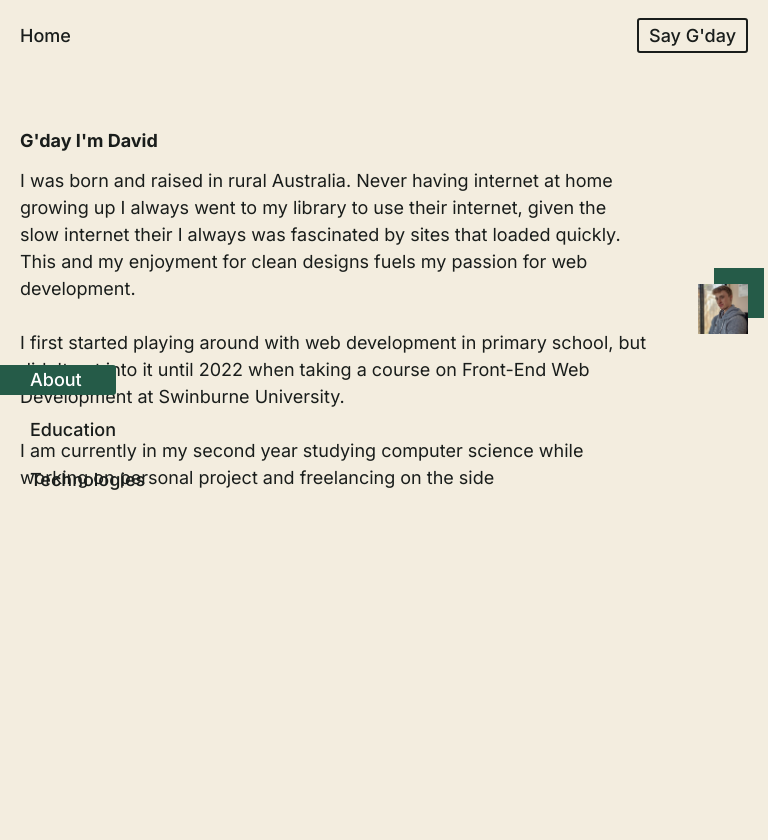
Repository: David-Waite/David-Waite-Portfolio
Page: /about
The author's editor kept a copy of each file at every save. The page is drawn from the files as they stood at one save, then again after the next save.
The browser window is 768 px wide. The pictures show the whole page.
The project was rebuilt for these pictures with package versions that can differ from the ones it lists, and the page was loaded fresh each time. The framework's server and built-in components were replaced by stand-ins that run in the browser. Also part of the build but not shown: next.config.js.

Above is the page before, as saved 2023-07-27 12:30:32.

### app/layout.tsx
import "./globals.css";
import type { Metadata } from "next";
import { Inter } from "next/font/google";
import Link from "next/link";
import NavBar from "./components/Nav/NavBar/NavBar";

const inter = Inter({ subsets: ["latin"] });

export const metadata: Metadata = {
  title: "Create Next App",
  description: "Generated by create next app",
};

export default function RootLayout({
  children,
}: {
  children: React.ReactNode;
}) {
  return (
    <html lang="en">
      <body className={inter.className}>
        <NavBar />
        {children}
      </body>
    </html>
  );
}

### app/about/page.tsx
"use client";

import Image from "next/image";
import styles from "./page.module.css";
import Menu from "../components/About/Menu/Menu";
import { useState } from "react";

export default function About() {
  const [selected, setSelected] = useState({
    about: true,
    education: false,
    technologies: false,
  });

  function handleClick(select: string) {
    setSelected(() => {
      return {
        about: select === "about" ? true : false,
        education: select === "education" ? true : false,
        technologies: select === "technologies" ? true : false,
      };
    });
  }

  const AboutText = (
    <>
      <h1>G&apos;day I&apos;m David</h1>
      <p className={styles.description}>
        I was born and raised in rural Australia. Never having internet at home
        growing up I always went to my library to use their internet, given the
        slow internet their I always was fascinated by sites that loaded
        quickly. This and my enjoyment for clean designs fuels my passion for
        web development.
        <br />
        <br /> I first started playing around with web development in primary
        school, but didn&apos;t get into it until 2022 when taking a course on
        Front-End Web Development at Swinburne University.
        <br />
        <br /> I am currently in my second year studying computer science while
        working on personal project and freelancing on the side
      </p>
    </>
  );

  const EducationText = (
    <>
      <h1>My Education</h1>
      <ul className={`${styles.description} ${styles.descriptionList} `}>
        <li>
          CT50220 Dimploma of Information Technology (Front End Web Development)
          | 2022
        </li>
        <li>BA-CS Bachelor of Computer Science | 2023 - current</li>
        <li>Front end developer career path (72hrs) | Scrimba (online)</li>
        <li>
          React Native - The Practical Guide 2022 (26hrs) | Udemy (online)
        </li>
        <li>
          C# Basics for Beginners: Learn C# Fundamentals by Coding (6hrs) |
          Udemy (online)
        </li>
        <li>
          C# Intermediate: Classes, Interfaces and OOP (6hrs) | Udemy (online)
        </li>
      </ul>
    </>
  );
  const TechnologiesText = (
    <>
      <h1>What I&apos;m confortable with</h1>
      <ul className={`${styles.description} ${styles.descriptionList} `}>
        <li>HTML</li>
        <li>CSS</li>
        <li>Next.Js</li>
        <li>Contentful</li>
        <li>React.Js</li>
        <li>JavaScript</li>
        <li>C#</li>
      </ul>
    </>
  );

  let textContent;

  if (selected.about) {
    textContent = AboutText;
  }
  if (selected.technologies) {
    textContent = TechnologiesText;
  }
  if (selected.education) {
    textContent = EducationText;
  }
  return (
    <main className={styles.container}>
      <Menu selected={selected} onClick={handleClick} />
      <div className={styles.content}>
        <div className={styles.textContainer}>
          <div className={styles.paragraphContainer}>{textContent}</div>
        </div>

        <div className={styles.imageContainer}>
          <Image src="/aboutMe.jpg" fill={true} alt="David" />
        </div>
      </div>
      {/* <div className={`${styles.desktopLink} ${styles.links}`}>
        <a href="https://github.com/David-Waite" target="_blank">
          GitHub
        </a>
        <a href="www.linkedin.com/in/davidwaitedev" target="_blank">
          LinkedIn
        </a>
        <a href="https://www.instagram.com/david__waite/" target="_blank">
          Instagram
        </a>
      </div> */}
    </main>
  );
}

### app/contact/send/route.ts
import mail from "@sendgrid/mail";
import { NextResponse } from "next/server";

// Create an api key in sendgrid and store someplace safe
mail.setApiKey(process.env.SENDGRID_API_KEY || "");

type ResponseData = {
  status?: string;
  message?: string;
};

export async function POST(request: Request) {
  let response: ResponseData = {};
  const body = await request.json();
  // I know the formData I sent in my request has name, email, and message fields so I'm just manually grabbing them to format a message
  const message = `
    Name: ${body.name}\r\n
    Email: ${body.email}\r\n
    Message: ${body.message}

  `;
  const data = {
    to: "davidwaite122@gmail.com",
    from: "davidwaiteportfolio@zohomail.com.au",
    subject: "Contact Message via Sendgrid",
    text: message,
    html: message.replace(/\r\n/g, "<br>"),
  };

  // Send the data and create a response object. I'm using status and message to display a success or fail notification in the UI
  await mail
    .send(data)
    .then(() => {
      response = {
        status: "success",
        message: "Your message was sent. I'll be in contact shortly.",
      };
    })
    .catch((error) => {
      response = {
        status: "error",
        message: `Message failed to send with error, ${error}`,
      };
    });

  return NextResponse.json(response);
}

### app/globals.css
:root {
  --primary: #255b48;
  --black: #191d1b;
  --background: #f3eddf;
  --white: #ffffff;
  --grey: #606060;
  --error: #a83c23;
}

.paragraph {
  font-size: 18px;
  font-style: normal;
  font-weight: 400;
  line-height: 25.2px;
  color: var(--black);
}

body {
  background-color: var(--background);
}

* {
  padding: 0;
  margin: 0;
  box-sizing: border-box;
}

### app/components/Nav/NavBar/NavBar.tsx
"use client";
import NavButton from "../NavButton/NavButton";
import styles from "./navBar.module.css";
import { usePathname } from "next/navigation";

import Link from "next/link";

export default function NavBar() {
  const currentRoute = usePathname();

  return (
    <nav className={styles.container}>
      <Link
        className={styles.link}
        href={`./${currentRoute === "/" ? "about" : "/"}`}
      >
        {currentRoute === "/" ? "About" : "Home"}
      </Link>

      {currentRoute !== "/contact" && <NavButton />}
    </nav>
  );
}

### app/about/page.module.css
.container {
  display: flex;
  height: calc(100vh - 70px);
  width: 100%;
  align-items: center;
  justify-content: center;
}

.content {
  position: relative;
  display: flex;
  align-items: center;
  gap: 200px;
}
.imageContainer {
  position: relative;
  width: 440px;
  height: 440px;
  box-shadow: var(--primary) 16px -16px 0px 0px;
}

.descriptionList {
  margin-left: 32px;
  margin-right: -32px;
}
.content h1 {
  color: var(--black);
  font-size: 18px;
  font-weight: 700;
  margin-bottom: 16px;
}
.description {
  color: var(--black);
  font-size: 18px;
  font-weight: 400;

  width: 740px;
  height: 300px;
  line-height: 27px;
}

.links {
  margin-top: 24px;
  position: absolute;
  left: -56px;
  padding: 0 56px;
  background-color: var(--primary);
  display: flex;
  align-items: center;
  flex-direction: column;
}
.mobileLink {
  display: none;
}
.links a {
  cursor: pointer !important;
  color: var(--white);
  text-decoration: none;
  font-size: 18px;
  margin: 8px 0;
}

.container hr {
  width: 100%;
  display: none;
}
.links a:hover {
  color: var(--grey);
}

.mobileMenu {
  display: none;
}

@media (max-width: 2000px) {
  .content {
    gap: 100px;
  }
}
@media (max-width: 1850px) {
  .imageContainer {
    width: 350px;
    height: 350px;
  }
}

@media (max-width: 1750px) {
  .imageContainer {
    width: 350px;
    height: 350px;
    margin-right: -50px;
  }
}

@media (max-width: 1650px) {
  .description {
    width: 700px;
    height: 300px;
  }
}

@media (max-width: 1550px) {
  .imageContainer {
    margin-right: -100px;
    width: 300px;
    height: 300px;
  }
}

@media (max-width: 1450px) {
  .imageContainer {
    margin-right: -150px;
    width: 300px;
    height: 300px;
  }
}

@media (max-width: 1350px) {
  .content {
    gap: 50px;
  }
}
@media (max-width: 1250px) {
  .description {
    width: 625px;
  }
}

@media (max-width: 1200px) {
  .container {
    padding: 20px;
    margin-top: 40px;
    display: block;
  }

  .description {
    margin-right: 16px;
    width: 100%;
    max-width: 761px;
  }
  .descriptionList {
    margin-left: 16px;
    margin-right: 0px;
  }
  .content {
    justify-content: space-between;
  }
  .imageContainer {
    min-width: 300px;
    margin-right: 0px;

    margin-top: 20px;
  }
  .links {
    position: static;
    width: 200px;
    margin-left: auto;
  }
}

@media (max-width: 1140px) {
  .links {
    position: static;
    width: 200px;
    margin-top: 64px;
    margin-left: auto;
  }
}

@media (max-width: 1000px) {
  .imageContainer {
    width: 50px;
    height: 50px;
    min-width: 50px;
  }
}
@media (max-width: 425px) {
  .links a,
  .content h1,
  .description {
    font-size: 16px;
  }
}

### app/components/About/Menu/Menu.tsx
"use client";
import { CSSProperties, useState } from "react";
import styles from "./menu.module.css";
export default function Menu(props: { onClick: any; selected: any }) {
  function handleClick(select: string) {
    props.onClick(select);
  }

  const selectedBackground: any = {
    left: "0px",
  };
  const selectedP: any = {
    color: "white",
  };
  return (
    <div className={styles.menu} id="menu">
      <div
        className={`${styles.linkContainer} ${styles.about}`}
        onClick={() => handleClick("about")}
      >
        <div
          className={styles.aboutBackground}
          style={Object.assign(props.selected.about && selectedBackground)}
        ></div>
        <p style={Object.assign(props.selected.about && selectedP)}>About</p>
      </div>
      <br />
      <div
        className={`${styles.linkContainer} ${styles.education}`}
        onClick={() => handleClick("education")}
      >
        <div
          className={styles.educationBackground}
          style={Object.assign(props.selected.education && selectedBackground)}
        ></div>
        <p style={Object.assign(props.selected.education && selectedP)}>
          Education
        </p>
      </div>
      <br />
      <div
        className={`${styles.linkContainer} ${styles.technologies}`}
        onClick={() => handleClick("technologies")}
      >
        <div
          className={styles.technologiesBackground}
          style={Object.assign(
            props.selected.technologies && selectedBackground
          )}
        ></div>
        <p style={Object.assign(props.selected.technologies && selectedP)}>
          Technologies
        </p>
      </div>
    </div>
  );
}

### app/components/Nav/NavButton/NavButton.tsx
import styles from "./navButton.module.css";

import Link from "next/link";

export default function NavButton() {
  return (
    <Link className={styles.container} href={"./contact"}>
      Say G&apos;day
    </Link>
  );
}

### app/components/Nav/NavBar/navBar.module.css
.container {
  display: flex;
  align-items: center;
  justify-content: space-between;
  height: 70px;
  padding: 0 30px;
}

.link {
  color: var(--black);
  text-decoration: none;
  font-size: 18px;
  font-weight: 500;
  cursor: pointer !important;
}

.link:hover {
  color: var(--grey);
}

@media (max-width: 768px) {
  .container {
    padding: 0 20px;
  }
}
@media (max-width: 425px) {
  .link {
    font-size: 16px;
  }
}

### app/components/About/Menu/menu.module.css
.menu {
  position: absolute;
  left: 0;
  font-size: 18px;
  font-weight: 500;
}

.menu div {
  display: flex;
  align-items: center;
}

.linkContainer {
  position: relative;
}
.linkContainer p {
  position: relative;
  cursor: pointer !important;
  color: var(--black);
}

.aboutBackground,
.educationBackground,
.technologiesBackground {
  position: absolute;
  background-color: var(--primary);
  left: 0;
  height: 30px;
  border-radius: 0 3px 3px 0;
  transition: 0.3s ease-in;
}
.about {
  width: 116px;
}
.aboutBackground {
  width: 116px;
  left: -116px;
}
.about:hover .aboutBackground {
  left: 0;
}

.education {
  width: 148px;
}
.educationBackground {
  width: 148px;
  left: -148px;
}
.education:hover .educationBackground {
  left: 0;
}

.technologies {
  width: 175px;
}
.technologiesBackground {
  width: 175px;
  left: -175px;
}
.technologies:hover .technologiesBackground {
  left: 0;
}

.menu p {
  top: 0;
  padding: 4px 30px;

  transition: 0.3s;
}

.selected {
  border-radius: 0 3px 3px 0;
  color: var(--white);
  background: rgb(37, 91, 72);
}

.linkContainer p:hover {
  position: relative;
  color: var(--white);
}

@media (max-width: 1200px) {
  .menu {
    top: calc((100vh - 70px) / 2);
    z-index: 4;
  }
}

### app/components/Nav/NavButton/navButton.module.css
.container {
  border: 2px solid var(--black);
  color: var(--black);
  font-weight: 500;
  border-radius: 3px;
  font-size: 18px;
  padding: 5px 10px;
  transition: 0.3s;
  text-decoration: none;
  cursor: pointer !important;
}

.container:hover {
  background-color: var(--primary);
  color: var(--white);
}

@media (max-width: 425px) {
  .container {
    font-size: 16px;
  }
}

After the next save:
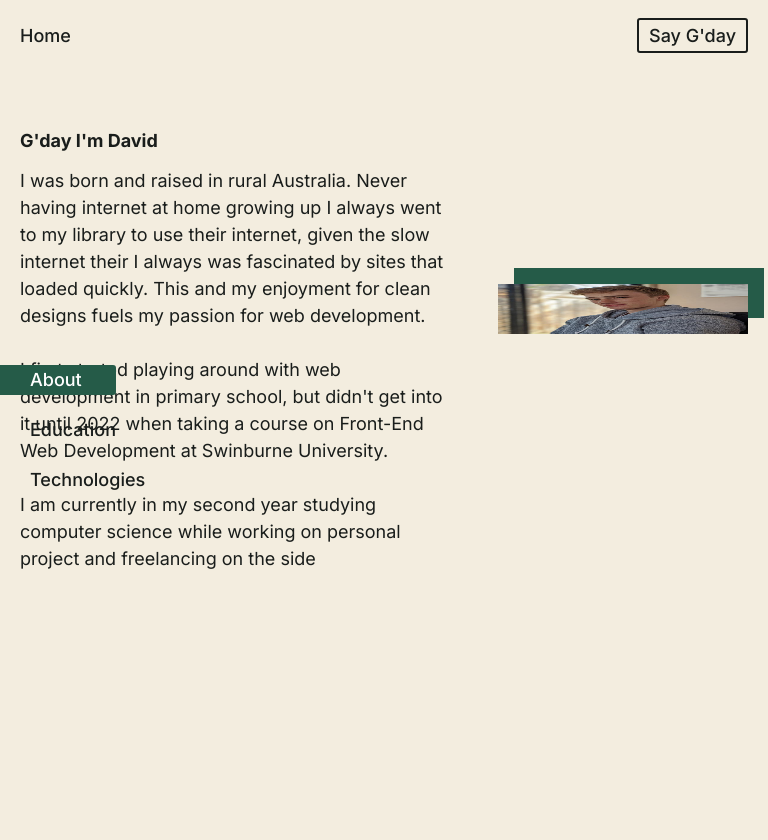
Saved 70 s later.
--- a/app/about/page.module.css
+++ b/app/about/page.module.css
@@ -171,7 +171,7 @@
   .imageContainer {
     width: 50px;
     height: 50px;
-    min-width: 50px;
+    min-width: 250px;
   }
 }
 @media (max-width: 425px) {
